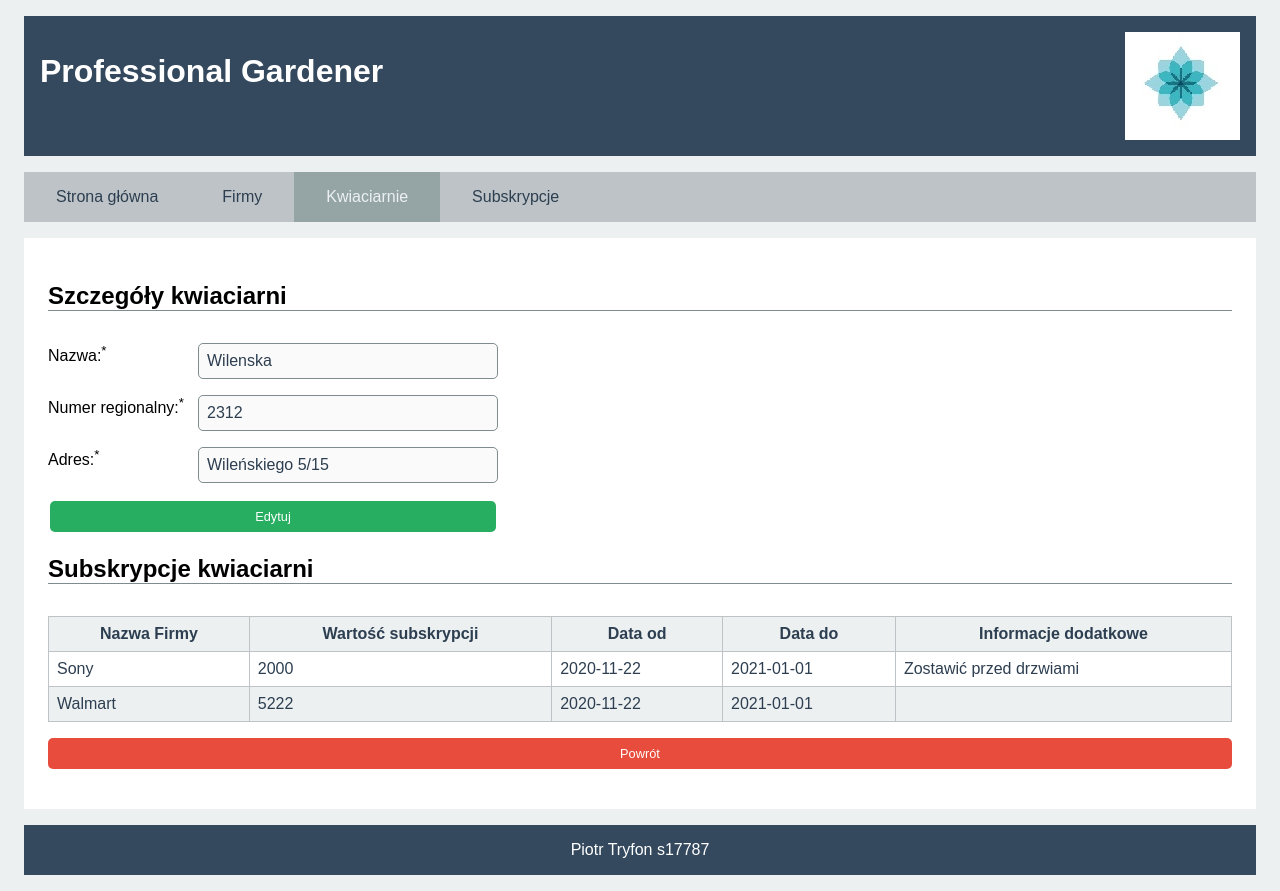
Repository: s17787/TIN
Page: tin_zaoczne_12_s17787_html-css/pages/florist-details.html
The author's editor kept a copy of each file at every save. The page is drawn from the files as they stood at one save, then again after the next save.
The browser window is 1280 px wide. The pictures show the whole page.

Above is the page before, as saved 2021-01-06 09:25:33.

### tin_zaoczne_12_s17787_html-css/pages/florist-details.html
<!DOCTYPE html>
<html lang="pl-PL">
<head>
    <meta charset="UTF-8">
    <meta name="viewport" content="width=device-width, initial-scale=1.0">
    <title>Professional Gardener</title>
    <link rel="stylesheet" href="../css/style.css" type="text/css"/>
</head>
<body>
    <header>
        <h1>Professional Gardener</h1>
        <img src="../images/logo.jpg" alt="Professional Gardener">
    </header>
    <nav>
        <ul>
            <li><a href="../index.html" >Strona główna</a></li>
            <li><a href="client-list.html" >Firmy</a></li>
            <li><a href="florist-list.html" class="active">Kwiaciarnie</a></li>
            <li><a href="subscription-list.html" >Subskrypcje</a></li>
        </ul>
    </nav>
    <main>
        <h2>Szczegóły kwiaciarni</h2>
        <form class="form">
            <!--<div class="form-group">-->
                <label for="Name">Nazwa:<sup>*</sup></label>
                <input type="text" name="Name" id="Name" value="Wilenska" disabled/>
            <!--</div>-->
            <!--<div class="form-group">-->
                <label for="regio_number">Numer regionalny:<sup>*</sup></label>
                <input type="text" name="regio_number" id="regio_number" value="2312" disabled/>
            <!--</div>-->
            <!--<div class="form-group">-->
                <label for="Adres">Adres:<sup>*</sup></label>
                <input type="text" name="Adres" id="Adres" value="Wileńskiego 5/15" disabled/>
            <!--</div>-->
            <!--<div class="form-group">-->
            <p>
                <a href="florist-edit.html" class="form-button-submit" >Edytuj</a>
            </p>
            <!--</div>-->
        </form>
        <h2>Subskrypcje kwiaciarni</h2>
        <div style="overflow-x:auto;">
        <table class="table-list">
            <thead>
                <tr>
                    <th>Nazwa Firmy</th>
                    <th>Wartość subskrypcji</th>
                    <th>Data od</th>
                    <th>Data do</th>
                    <th>Informacje dodatkowe</th>
                </tr>
            </thead>
            <tbody>
                <tr>
                    <td>Sony</td>
                    <td>2000</td>
                    <td>2020-11-22</td>
                    <td>2021-01-01</td>
                    <td>Zostawić przed drzwiami</td>
                </tr>
                <tr>
                    <td>Walmart</td>
                    <td>5222</td>
                    <td>2020-11-22</td>
                    <td>2021-01-01</td>
                    <td></td>
                </tr>
            </tbody>
        </table>
    </div>
        <p><a href="florist-list.html" class="form-button-cancel">Powrót</a></p>
    </main>
    <footer>
        Piotr Tryfon s17787
    </footer>
</body>
</html>

### tin_zaoczne_12_s17787_html-css/css/style.css
html {
    background-color: #ecf0f1;
    font-family: sans-serif;
}

body {
    min-width: 360px;
  }

header,
main,
footer {
    background-color: white;
}

header,
main,
footer,
nav {
    margin: 1rem;
}

header,
footer {
    background-color: #34495e;
    color: white;
    padding: 1rem;
}

header {
    display: flex;
    justify-content: space-between;
}

nav {
    background-color: #bdc3c7;
}

nav ul {
    display: flex;
    padding: 0;
    list-style-type: none;
}

nav ul li a {
    display: inline-block;
    color: #2c3e50;
    padding: 1rem 2rem;
    text-decoration: none;
}

nav ul li a:hover {
    background-color: #d35400;
    color: #ecf0f1;
}

nav ul li a.active {
    background-color: #95a5a6;
    color: #ecf0f1;
}

main {
    padding: 1.5rem;
}

footer {
    text-align: center;
}

main h2 {
    border-bottom: 1px solid #7f8c8d;
    margin-bottom: 2rem;
}

.table-list {
    border-collapse: collapse;
    color:#2c3e50;
    width: 100%;
}

.table-list,
.table-list th,
.table-list td {
    border: 1px solid #bdc3c7;
}

.table-list th,
.table-list td {
    padding: 0.5rem;
}

.table-list th,
.table-list tbody tr:nth-child(even) {
    background-color: #ecf0f1;
}

.list-actions {
    margin: 0;
    text-align: center;
    list-style-type: none;
    padding: 0;
}

.list-actions li {
    display: inline-block;
    margin: 0.2em;
}

.list-actions-button-details,
.list-actions-button-edit,
.list-actions-button-delete {
    display: inline-block;
    width: 75px;
    padding: 0.25rem 0.5rem;
}

.list-actions-button-details,
.list-actions-button-edit,
.list-actions-button-delete,
.button-add,
.form-button-submit,
.form-button-cancel {
    border: none;
    border-radius: 5px;
    color: white;
    text-decoration: none;
    text-align: center;
    font-size: 0.8rem;
}

.list-actions-button-details,
.list-actions-button-edit {
    margin-right: 1rem;
}

.list-actions-button-details {
    background-color: #2980b9;
}
.list-actions-button-details:hover {
    background-color: #3498db;
}

.list-actions-button-edit {
    background-color: #f39c12;
}

.list-actions-button-edit:hover {
    background-color: #f1c40f;
}

.form-button-cancel,
.list-actions-button-delete {
    background-color: #c0392b;
}

.form-button-cancel,
.list-actions-button-delete:hover {
    background-color: #e74c3c;
}

.button-add,
.form-button-submit,
.form-button-cancel {
    padding: 0.5rem 1rem;
}

.button-add,
.form-button-submit {
    background-color: #27ae60;
}

.button-add:hover,
.form-button-submit:hover {
    background-color: #2ecc71;
}

button,
input,
select,
textarea {
    font-family: inherit;
    font-size: 100%;
    box-sizing: border-box;
    padding: 0; margin: 0;
}

textarea {
    overflow: auto;
}

.form {
    display: grid;
    grid-template-columns: 150px 300px;
    row-gap: 1rem;
}

.form select,
.form input[type="text"],
.form input[type="number"],
.form input[type="date"],
.form input[type="email"] {
    border: 1px solid #7f8c8d;
    color:#2c3e50;
    border-radius: 5px;
    padding: 0.5rem;
    width: 100%;
}

.form label {
    display: block;
    margin-bottom: 0.5em;
}

.form-group {
    margin-bottom: 1rem;
}

abbr[title='required'] {
    color: #c0392b;
}

.form p {
    grid-column-start: -3;
    grid-column-end: -1;
    margin: 0.1em;
}

.form-button-submit,
.form-button-cancel {
    width: 100%;
}

.form-button-submit,
.form-button-cancel {
    box-sizing: border-box;
    display: block;
}

.form-button-submit {
    margin-bottom: 0.1rem;
}

@media all and (max-width:720px) {
    header {
        flex-direction: column;
    }

    header h1 {
        text-align: center;
    }

    header img {
        align-self: center;
    }
}

@media all and (max-width: 400px) {
    body,
    nav,
    nav ul,
    header,
    main,
    footer {
        margin: 0;
    }
}

@media all and (max-width:720px) {
    nav ul {
        flex-wrap: wrap;
    }

    nav ul li {
        flex-basis: 50%;
        text-align: center;
    }

    nav ul li a {
        display: block;
    }
}

@media all and (max-width: 400px) {
    nav ul li {
        flex-basis: 100%;
    }
}

@media all and (max-width: 720px) {
    .form {
        grid-template-columns: 1fr;
        row-gap:unset;
        margin-left: unset;
        row-gap: 0.3rem;
    }

    .form input[type="text"],
    .form input[type="number"],
    .form input[type="date"],
    .form select {
        margin-bottom: 1rem;
    }
}

After the next save:
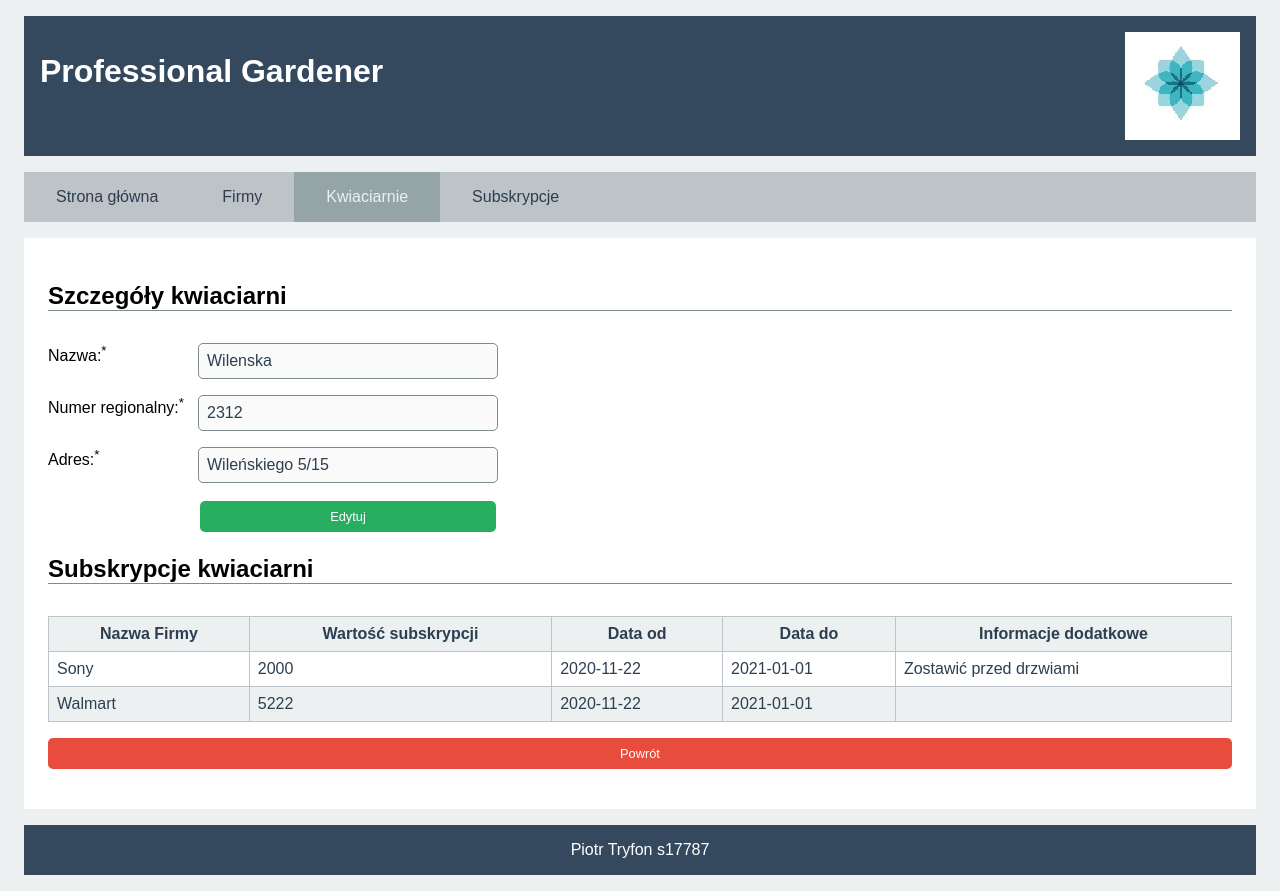
Saved 17 s later.
--- a/tin_zaoczne_12_s17787_html-css/css/style.css
+++ b/tin_zaoczne_12_s17787_html-css/css/style.css
@@ -220,7 +220,7 @@
 }
 
 .form p {
-    grid-column-start: -3;
+    grid-column-start: 0;
     grid-column-end: -1;
     margin: 0.1em;
 }

After the save that followed:
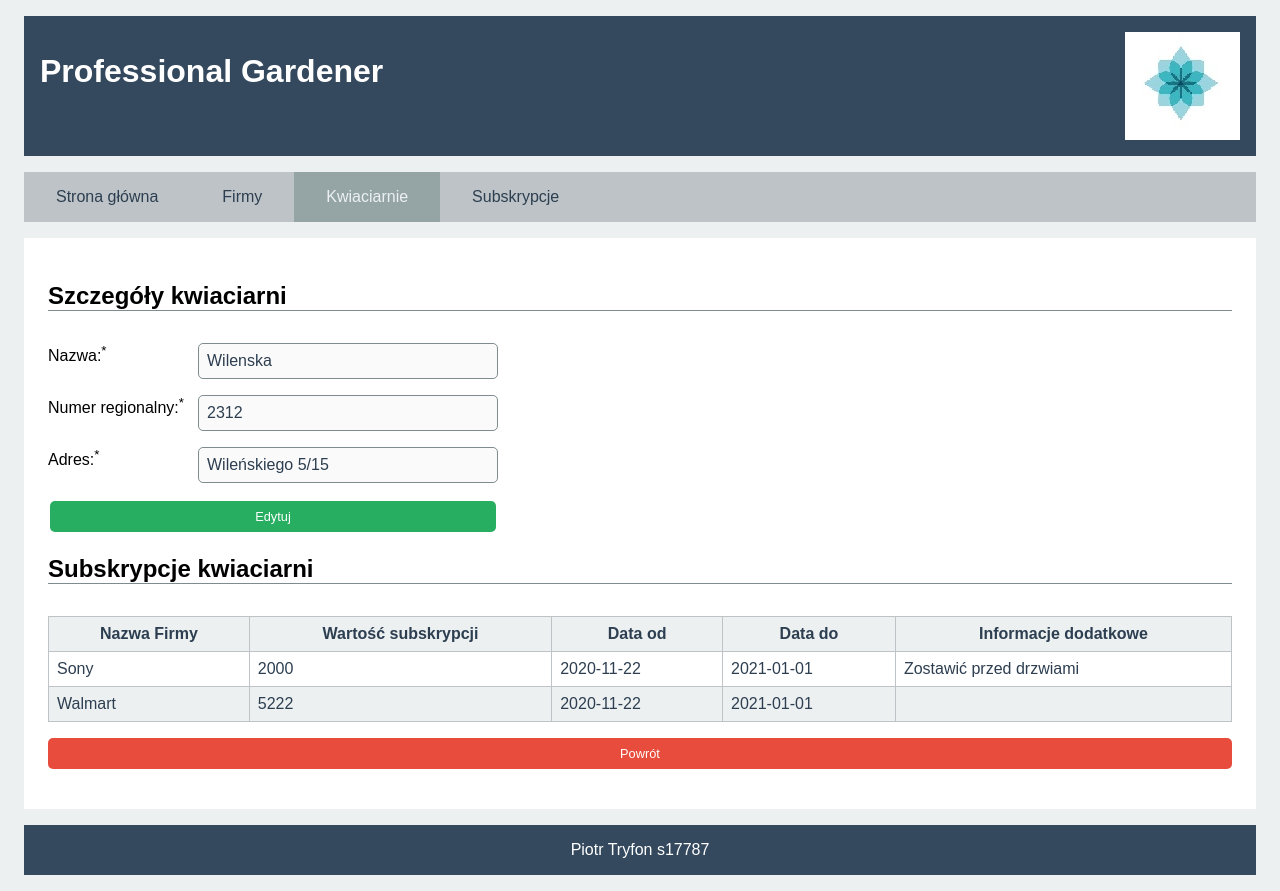
Saved 15 s later.
--- a/tin_zaoczne_12_s17787_html-css/css/style.css
+++ b/tin_zaoczne_12_s17787_html-css/css/style.css
@@ -220,7 +220,7 @@
 }
 
 .form p {
-    grid-column-start: 0;
+    grid-column-start: 1;
     grid-column-end: -1;
     margin: 0.1em;
 }
